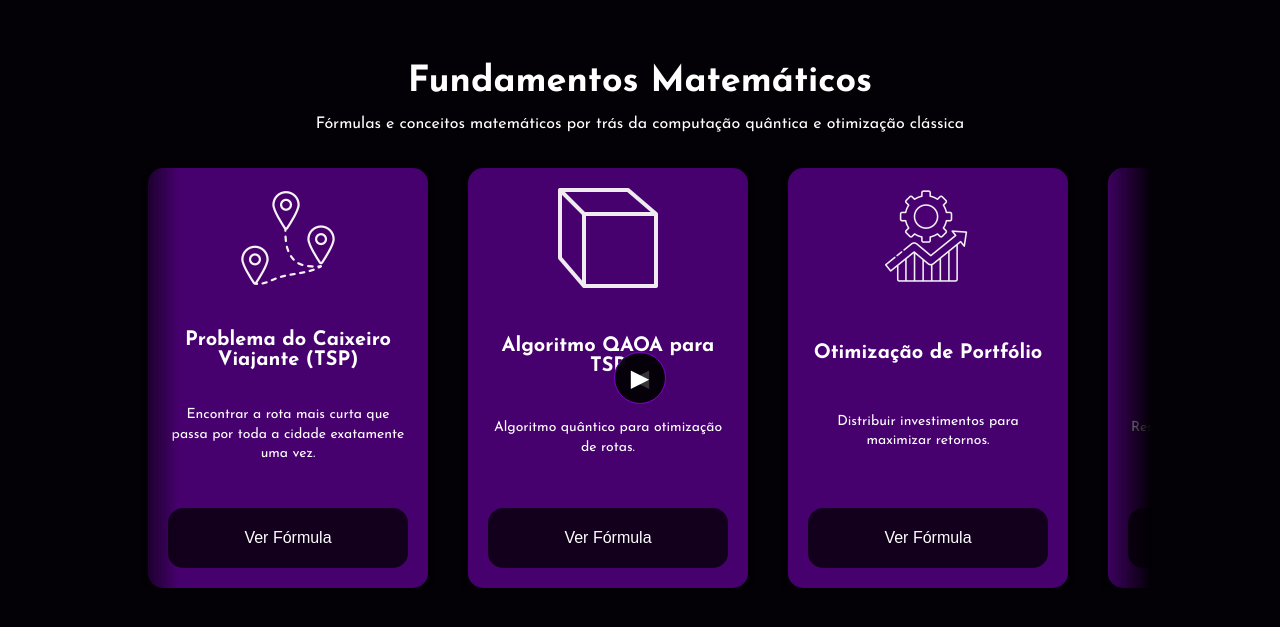
Repository: Everson9/Projeto-de-escalabilidade-quantica-definitivo
Page: fundamentos.html
These files come from the project's save history. The page is drawn as it stood at one moment and after the next save; the edit follows.
The browser window is 1280 px wide. The pictures show the whole page.
The pointer rests on the first visible `.carousel-btn`.

Above is the page before, as saved 2025-10-01 10:26:18.
Not found: script.js

### fundamentos.html
<!DOCTYPE html>
<html lang="pt-br">
<head>
    <meta charset="UTF-8">
    <meta name="viewport" content="width=device-width, initial-scale=1.0">
    <title>Fundamentos Matemáticos</title>
    <link rel="stylesheet" href="fundamentos.css">
    <link href="https://fonts.googleapis.com/css2?family=Josefin+Sans:wght@400;700&display=swap" rel="stylesheet">
</head>
<body>

    <div class="fundamentos-matematicos">
        <h1>Fundamentos Matemáticos</h1>
        <p>Fórmulas e conceitos matemáticos por trás da computação quântica e otimização clássica</p>
    </div>

    <!-- Wrapper para o carrossel e as setas -->
    <div class="carousel-wrapper">
        <!-- Seta Esquerda -->
        <div id="prev-btn" class="carousel-btn">&#9664;</div>

        <!-- Container do Carrossel -->
        <div class="carousel-container">
            <div class="carousel-track">
                <!-- Cards Originais (Apenas os 4 originais são necessários, o JS cuidará da clonagem ) -->
                <div class="formula_1">
                    <img src="imgs_icones/CaixeiroViajante.png" alt="Ícone do Problema do Caixeiro Viajante">
                    <h4>Problema do Caixeiro Viajante (TSP)</h4>
                    <p>Encontrar a rota mais curta que passa por toda a cidade exatamente uma vez.</p>
                    <button class="button"><a href="caixeiroviajante.html">Ver Fórmula</a></button>
                </div>
                <div class="formula_1">
                    <img src="imgs_icones/QAOA.png" alt="Ícone do Algoritmo QAOA">
                    <h4>Algoritmo QAOA para TSP</h4>
                    <p>Algoritmo quântico para otimização de rotas.</p>
                    <button class="button"><a href="AlgoritmoQAOA.html">Ver Fórmula</a></button>
                </div>
                <div class="formula_1">
                    <img src="imgs_icones/OtimizacaoPortfolio.png" alt="Ícone de Otimização de Portfólio">
                    <h4>Otimização de Portfólio</h4>
                    <p>Distribuir investimentos para maximizar retornos.</p>
                    <button class="button"><a href="Portifolio.html">Ver Fórmula</a></button>
                </div>
                <div class="formula_1">
                    <img src="imgs_icones/ComplexidadeComputacional.png" alt="Ícone de Complexidade Computacional">
                    <h4>Complexidade Computacional</h4>
                    <p>Resolver problemas que crescem com muitos elementos.</p>
                    <button class="button"><a href="Complexidade.html">Ver Fórmula</a></button>
                </div>
            </div>
        </div>

        <!-- Seta Direita -->
        <div id="next-btn" class="carousel-btn">&#9654;</div>
    </div>

    <!-- NOVO: Container para os indicadores (pontos) -->
    <div class="carousel-indicators"></div>

    <!-- Adicionando o arquivo JavaScript -->
    <script src="script.js"></script>

</body>
</html>

### fundamentos.css
body {
    background-color: #030105;
    font-family: 'Josefin Sans', sans-serif;
    color: #fff;
    margin: 0;
    padding: 0;
    display: flex;
    flex-direction: column;
    align-items: center;
    justify-content: flex-start;
    text-decoration: none;
    overflow-x: hidden; /* Esconde a barra de rolagem horizontal */
}

.fundamentos-matematicos {
    text-align: center;
    color: white;
    margin-top: 40px;
    margin-bottom: 20px;
}

h1 {
    font-size: 36px;
    margin-bottom: 10px;
}

/* Estilos dos Cards */
.formula_1 {
    width: 240px;
    height: 380px;
    background-color: #7703BA96;
    border-radius: 15px;
    padding: 20px;
    display: flex;
    flex-direction: column;
    justify-content: space-between;
    box-shadow: 0 4px 8px rgba(0, 0, 0, 0.2);
    margin: 0 20px; /* Espaçamento entre os cards */
    flex-shrink: 0; /* Impede que os cards encolham */
}

.formula_1 h4 {
    font-size: 20px;
    margin-bottom: 10px;
    text-align: center;
}

.formula_1 img {
    width: 100px;
    height: 100px;
    margin: 0 auto;
}

.formula_1 p {
    text-align: center;
    font-size: 14px;
    line-height: 1.4;
    margin-top: 10px;
}

.button {
    background-color: #030105C2;
    border: none;
    padding: 10px;
    color: white;
    font-size: 16px;
    text-align: center;
    height: 60px;
    border-radius: 15px;
    cursor: pointer;
    text-decoration: none;
    margin-top: 15px;
    transition: background-color 0.3s;
}

.button a {
    text-decoration: none;
    color: white;
    display: block;
    line-height: 40px;     /* Centraliza o texto verticalmente dentro do botão (ajuste se a altura do botão mudar) */
}

.button:hover a{
    background-color: #ffffffc2;
    color: #030105;
}

/* --- Novas Classes para o Carrossel --- */

.carousel-wrapper {
    position: relative; /* Necessário para posicionar as setas */
    width: 100%;
    display: flex;
    align-items: center;
    justify-content: center;
}

.carousel-container {
    width: 80%; /* Ajuste a largura conforme necessário */
    overflow: hidden;
    -webkit-mask-image: linear-gradient(to right, transparent, black 5%, black 95%, transparent);
    mask-image: linear-gradient(to right, transparent, black 5%, black 95%, transparent);
}

.carousel-track {
    display: flex;
    /* Removemos a animação automática */
    transition: transform 0.5s ease-in-out; /* Adiciona uma transição suave */
}

.carousel-btn {
    position: absolute;
    top: 50%;
    transform: translateY(-50%) rotate(0deg);;
    background-color: rgba(3, 1, 5, 0.8);
    color: white;
    border: 1px solid #7703BA;
    border-radius: 50%;
    width: 50px;
    height: 50px;
    display: flex;
    align-items: center;
    justify-content: center;
    font-size: 24px;
    cursor: pointer;
    z-index: 10;
    transition: background-color 0.3s, transform 0.2s;
}

.carousel-btn.rotate {
    background-color: #7703BA;
    transform: translateY(-50%) rotate(180deg); /* Girando 180 graus */
}

After the next save:
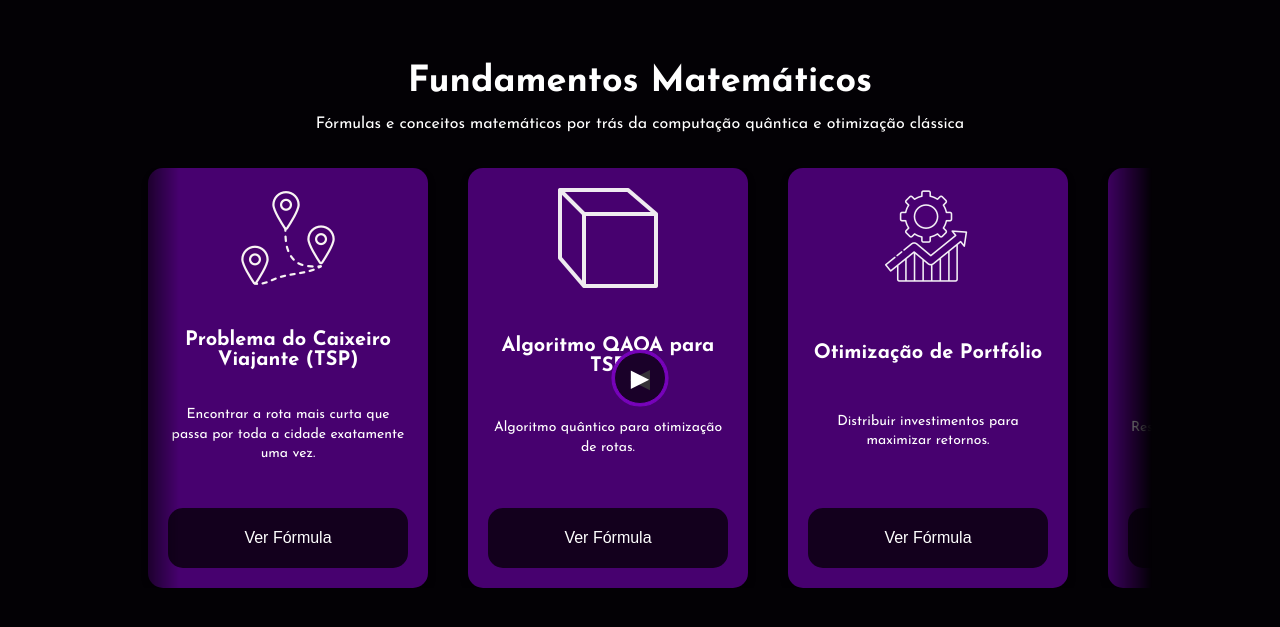
Saved 9 s later.
--- a/fundamentos.css
+++ b/fundamentos.css
@@ -131,3 +131,8 @@
     background-color: #7703BA;
     transform: translateY(-50%) rotate(180deg); /* Girando 180 graus */
 }
+
+.carousel-btn:hover {
+    background-color: #7703BA;
+    transform: translateY(-50%) scale(1.1);
+}
